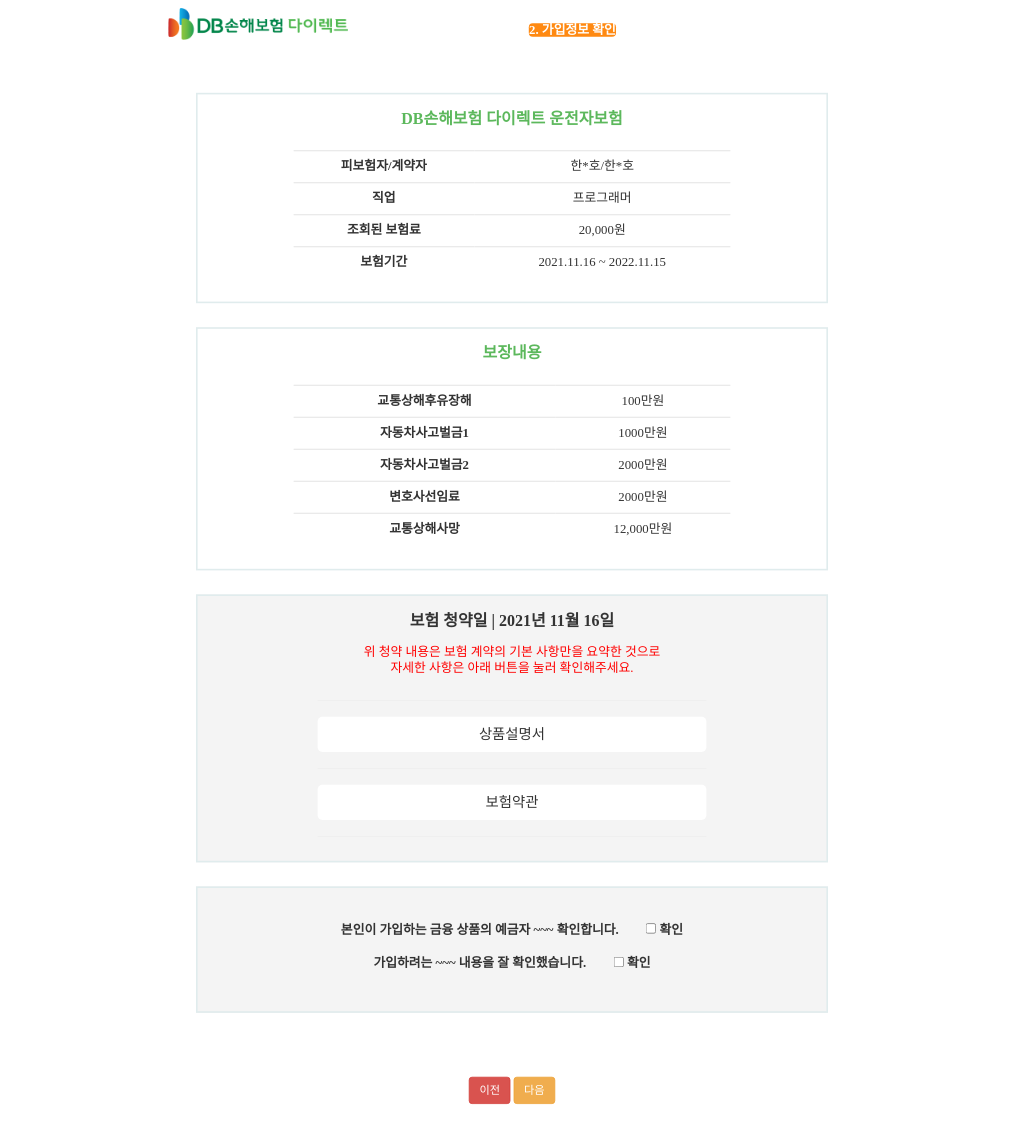
Repository: minho0324/directInsurance
Page: http://localhost/directClone/direct/details2
An editor plug-in stored every save of this project. The page is shown before and after the next save, followed by the edit.
The browser window is 1280 px wide. The pictures show the whole page, at 80% of full size.
The page is served by Tomcat 9.

Above is the page before, as saved 2021-11-19 05:19:37.

After the next save:
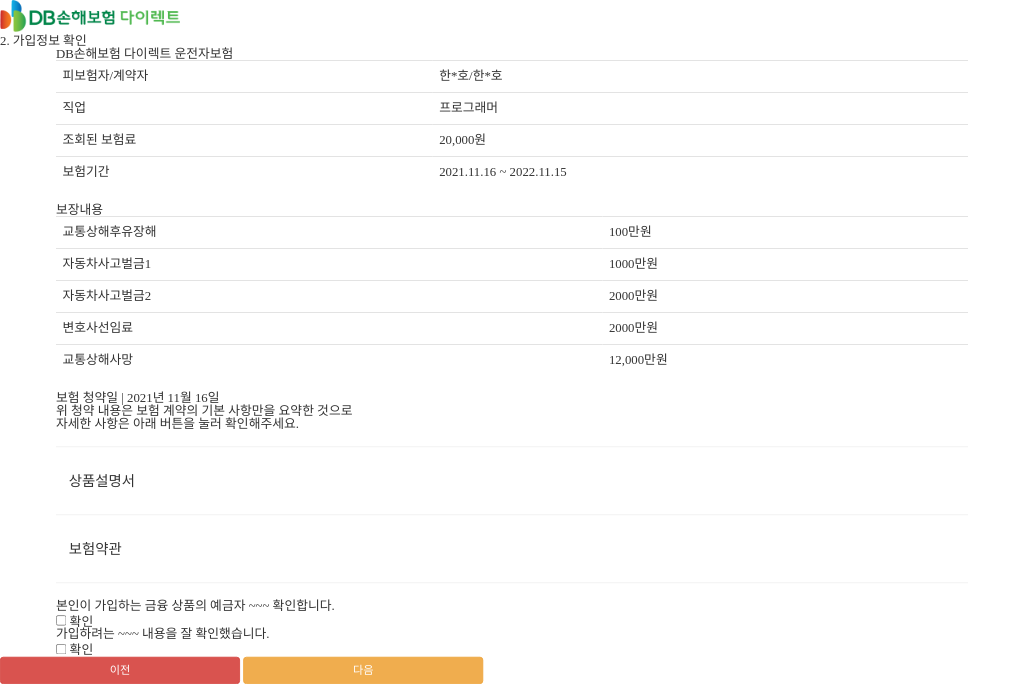
Saved 34 s later.
--- a/directClone/src/main/webapp/WEB-INF/views/details2.jsp
+++ b/directClone/src/main/webapp/WEB-INF/views/details2.jsp
@@ -8,7 +8,9 @@
 <title>details2</title>
 </head>
 <link rel="stylesheet" href="https://maxcdn.bootstrapcdn.com/bootstrap/3.3.2/css/bootstrap.min.css">
+<link rel="stylesheet" href="resources/css/index.css" >
 <script src="http://code.jquery.com/jquery-latest.js"></script>
+<!--
 <style>
 
 	html, body, div, span, applet, object, iframe,
@@ -218,6 +220,7 @@
 	}
 
 </style>
+ -->
 <body>
 
 	<!-- 헤더 -->
